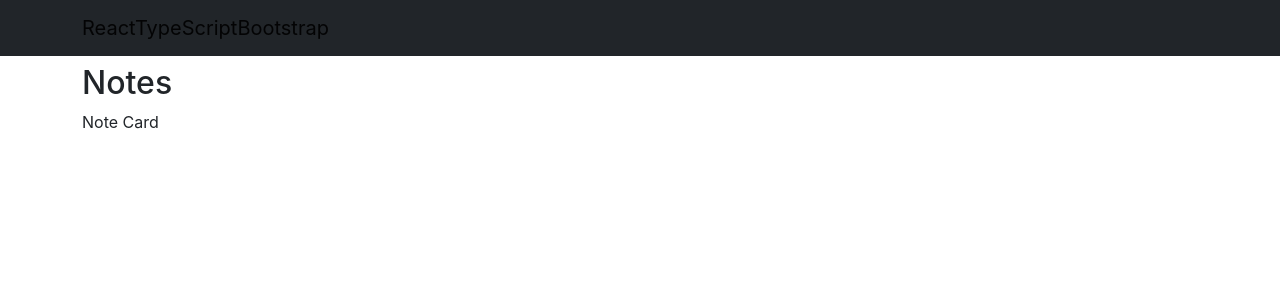
Repository: OmniaRafat232111121/notes
Page: /
An editor plug-in stored every save of this project. The page is shown before and after a run of saves, followed by the edit.
The browser window is 1280 px wide. The pictures show the whole page.
The project was rebuilt for these pictures with package versions that can differ from the ones it lists, and the page was loaded fresh each time. Also part of the build but not shown: src/App.css.

Above is the page before, as saved 2022-09-08 02:08:52.

### public/index.html
<!DOCTYPE html>
<html lang="en">
  <head>
    <meta charset="utf-8" />
    <link rel="icon" href="%PUBLIC_URL%/favicon.ico" />
    <meta name="viewport" content="width=device-width, initial-scale=1" />
    <meta name="theme-color" content="#000000" />
    <meta
      name="description"
      content="Web site created using create-react-app"
    />
    <link rel="apple-touch-icon" href="%PUBLIC_URL%/logo192.png" />
    <link
    rel="stylesheet"
    href="https://cdn.jsdelivr.net/npm/bootstrap@5.2.0-beta1/dist/css/bootstrap.min.css"
    integrity="sha384-0evHe/X+R7YkIZDRvuzKMRqM+OrBnVFBL6DOitfPri4tjfHxaWutUpFmBp4vmVor"
    crossorigin="anonymous"
  />
    <link rel="manifest" href="%PUBLIC_URL%/manifest.json" />
    <title>React App</title>
  </head>
  <body>
    <noscript>You need to enable JavaScript to run this app.</noscript>
    <div id="root"></div>
  </body>
</html>

### src/App.tsx
import React,{useState} from 'react';
import './App.css';
import Header from './components/Header';
import NotesList from './components/NotesList';
import {Note} from "./modals/note.model"
import {Container,Row,Col} from 'react-bootstrap';
function App() {
  const [notes,setNotes]=useState<Note[]>([{
   id:(new Date).toString(),
   title:"Meetings",
   text:"Scheduling meeting with UI/UX Team is most important",
   color:'#dfdfdf',
   date:(new Date).toString()
  }]);

  return (
   <>
   <Header/>
   <Container className="mt-5">
    <Row>
      <Col>
      <NotesList notes={notes}/>
      </Col>
    </Row>
   </Container>
   </>
  );
}

export default App;

### src/components/Header.tsx
import * as React from 'react';
import { Navbar,Container } from 'react-bootstrap';

interface IHeaderProps {
}

const Header: React.FunctionComponent<IHeaderProps> = (props) => {
    return (
    <Navbar fixed="top" bg="dark" >
    <Container>
        <Navbar.Brand>
            ReactTypeScriptBootstrap
        </Navbar.Brand>
    </Container>
    </Navbar>
    );
};

export default Header;

### src/components/NotesList.tsx
import * as React from 'react';
import Notes from './Notes';
import { Note } from '../modals/note.model';

interface INotesListProps {
    notes: Note[],

}

const NotesList: React.FC<INotesListProps> = ({ notes}) => {
    const renderNotes = ():JSX.Element[] => {
        return notes.map(note => {
            return <Notes key={note.id} note={note} />
        })
    }
    return (
        <>
            <h2 className="mt-3">Notes</h2>
            <div>{ renderNotes() }</div>
        </>
  );
};

export default NotesList;

### src/components/Notes.tsx
import * as React from 'react';
import {Note} from '../modals/note.model'
interface INotesProps {
    note:Note
}

const Notes: React.FunctionComponent<INotesProps> = ({note}) => {
  return (
  <div>Note Card</div>
  );
};

export default Notes;

Loaded but not shown: src/index.tsx (common file); src/index.css (common file); src/reportWebVitals.ts (common file)

After the next 15 saves:
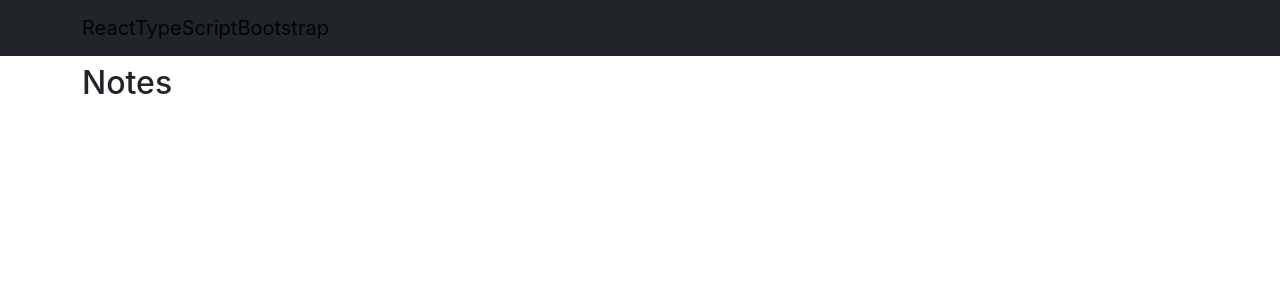
The 15 saves are shown as one change because they came seconds apart.
The last was saved 7 min 26 s later.
--- a/src/components/Notes.tsx
+++ b/src/components/Notes.tsx
@@ -6,7 +6,10 @@ interface INotesProps {
 
 const Notes: React.FunctionComponent<INotesProps> = ({note}) => {
   return (
-  <div>Note Card</div>
+<div className="mb-3">
+
+
+</div>
   );
 };
 
